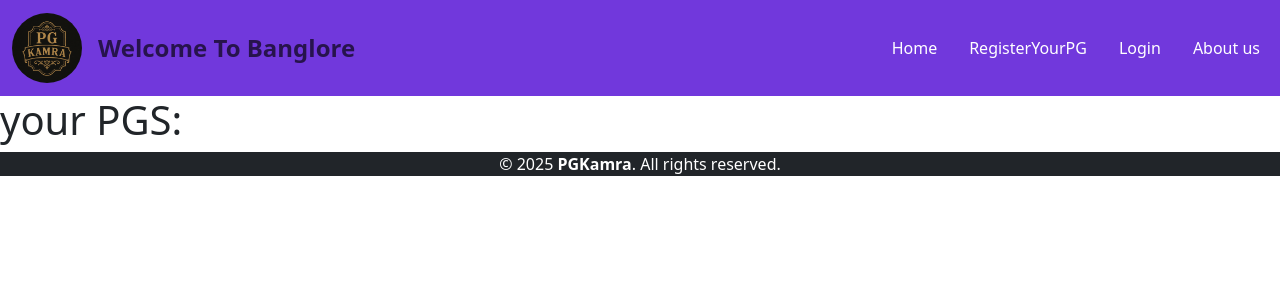
Repository: KUKATIDINESH/pgfinder
Page: mainapp/templates/pglist_for_modification.html
An editor plug-in stored every save of this project. The page is shown before and after a run of saves, followed by the edit.
The browser window is 1280 px wide. The pictures show the whole page.
The page is served by the project's application, run on Django 5.2 (manage.py). Other server files are loaded and not shown. The template is opened directly, without the code that normally fills it, so the values that code supplies are empty.

Above is the page before, as saved 2025-07-08 12:02:58.

### PgFinder/mainapp/templates/pglist_for_modification.html
{% extends 'base.html' %}
{% block title %}HOME{% endblock %}

{% block extra_css %}{% endblock extra_css %}
.pgs{

}

{% block content %}
<h1>your PGS:</h1>
<div clss="pgs">
{% for pg in pgs %}


 <p><b>PGname</b>:{{pg.pgname}}</p>
    <p><b>PG owner name </b>:{{pg.ownername}}</p><br>

{% endfor %}
</div>
{% endblock content %}

{% block extra_js %}

 {% endblock extra_js %}

### PgFinder/mainapp/templates/base.html
{% load static %}
<!DOCTYPE html>
<html lang="en">
<head>
  <meta charset="UTF-8">
  <meta name="viewport" content="width=device-width, initial-scale=1.0">
  <title>{% block title %}PGFR{% endblock %}</title>
       <link href="https://cdn.jsdelivr.net/npm/bootstrap@5.3.3/dist/css/bootstrap.min.css" rel="stylesheet">
  {% block extra_css %}
  <style>
    body{
      height: 50vh;
    }
  </style>
  {% endblock extra_css %}
</head>
<body>


  {% include 'nav.html' %}


  {% block content %}


  {% endblock content %}
<footer class="bg-dark text-white" style="background-color: rgb(113, 56, 220);  ">
  <div class="container text-center">
    <p class="mb-0">&copy; 2025 <strong>PGKamra</strong>. All rights reserved.</p>
  </div>
</footer>
    <script src="https://cdn.jsdelivr.net/npm/bootstrap@5.3.3/dist/js/bootstrap.bundle.min.js"></script>
 {% block extra_js %}

 {% endblock extra_js %}
</body>
</html>

### PgFinder/mainapp/templates/nav.html
 {% load static %}
 <nav class="navbar navbar-expand-lg navbar-light  position-relative" style="background-color: rgb(113, 56, 220);">
        <div class="container-fluid">
            <!-- Left: Logo -->
            <a class="navbar-brand" href="#">
                <img src="{% static 'images/logo.jpg' %}" alt="Logo" height="70" width="70" style="border-radius: 50%;">
            </a>

            <!-- Center: Website Name -->
            <div class="navbar-center d-none d-lg-block">
                <span class="navbar-text fw-bold fs-4">Welcome To Banglore</span>
            </div>

            <!-- Right: Navigation links -->
            <div class="ms-auto">
                <ul class="navbar-nav d-flex flex-row gap-3">
                    <li class="nav-item">
                            <a class="nav-link text-white" href="{% url 'home' %}">Home</a>
                        </li>
                    <li class="nav-item">
                        <a class="nav-link text-white" href="{% url 'pgregister' %}">RegisterYourPG</a>
                    </li>
                    {% if user.is_authenticated %}
                        <li class="nav-item">
                            <a class="nav-link text-white" href="{% url 'logout' %}">Logout</a>
                        </li>
                    {% else %}
                        <li class="nav-item">
                            <a class="nav-link text-white" href="{% url 'login' %}">Login</a>
                        </li>
                    {% endif %}
                    <li class="nav-item">
                            <a class="nav-link text-white" href="{% url 'aboutus' %}">About  us</a>
                    </li>

                </ul>
            </div>
        </div>
    </nav>

### PgFinder/PgFinder/urls.py
"""
URL configuration for PgFinder project.

The `urlpatterns` list routes URLs to views. For more information please see:
    https://docs.djangoproject.com/en/5.1/topics/http/urls/
Examples:
Function views
    1. Add an import:  from my_app import views
    2. Add a URL to urlpatterns:  path('', views.home, name='home')
Class-based views
    1. Add an import:  from other_app.views import Home
    2. Add a URL to urlpatterns:  path('', Home.as_view(), name='home')
Including another URLconf
    1. Import the include() function: from django.urls import include, path
    2. Add a URL to urlpatterns:  path('blog/', include('blog.urls'))
"""
from django.conf import settings
from django.conf.urls.static import static

from django.contrib import admin
from django.urls import path,include

urlpatterns = [
    path('admin/', admin.site.urls),
    path('',include('authentication.urls')),
    path('main/',include('mainapp.urls'))
]

if settings.DEBUG:
    urlpatterns += static(settings.MEDIA_URL, document_root=settings.MEDIA_ROOT)

### PgFinder/authentication/urls.py
from django.urls import path
from . import views
urlpatterns=[
    path('login',views.user_login,name='login'),
    path('signin',views.signin,name='signin'),
    path('logout',views.user_logout,name='logout'),
#     path('',views.home,name='home')
    ]

### PgFinder/mainapp/urls.py
from django.urls import path
from . import views
urlpatterns=[
    path('home',views.home,name='home'),
    path('display_all_pg_details/<str:area>/<str:rent>/',views.display_all_pg_details,name='display_all_pg_details'),
    path('aboutus',views.about_us,name='aboutus'),
    path('pgregister',views.PGregister,name='pgregister'),
    path('pgdetails/<int:pk>',views.pg_details,name='pgdetails'),
    path('modifypg',views.pg_modify,name='modifypg'),
    path('pglist_for_modification',views.pglist_for_modify,name='pglist_for_modification'),

]

After the next 5 saves:
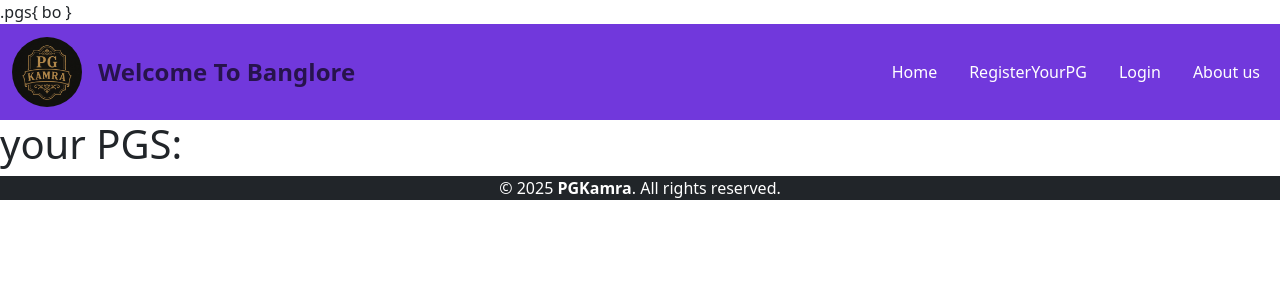
The 5 saves are shown as one change because they came seconds apart.
The last was saved 16 s later.
--- a/PgFinder/mainapp/templates/pglist_for_modification.html
+++ b/PgFinder/mainapp/templates/pglist_for_modification.html
@@ -1,10 +1,12 @@
 {% extends 'base.html' %}
 {% block title %}HOME{% endblock %}
 
-{% block extra_css %}{% endblock extra_css %}
+{% block extra_css %}
 .pgs{
+    bo
+}
+{% endblock extra_css %}
 
-}
 
 {% block content %}
 <h1>your PGS:</h1>
